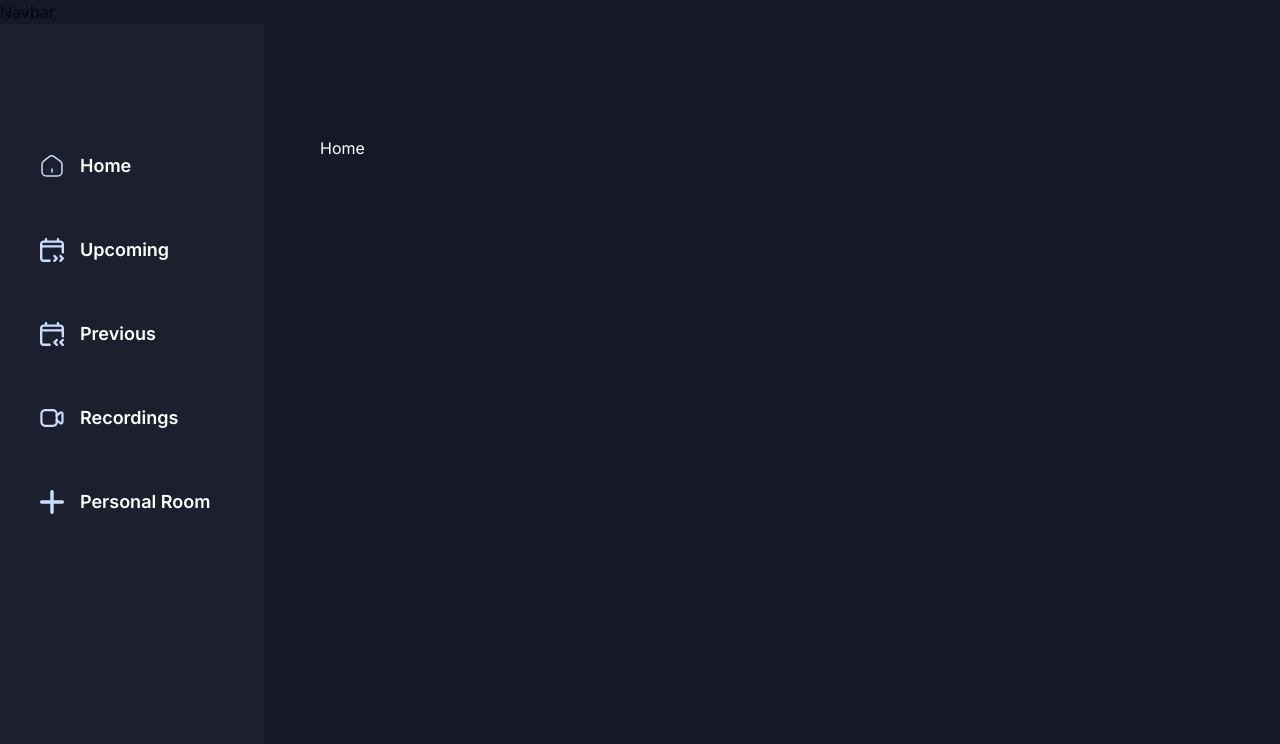
Repository: hthai1523/Video-call
Page: /
An editor plug-in stored every save of this project. The page is shown before and after the next save, followed by the edit.
The browser window is 1280 px wide. The pictures show the whole page.
The project was rebuilt for these pictures with package versions that can differ from the ones it lists, and the page was loaded fresh each time. The framework's server and built-in components were replaced by stand-ins that run in the browser. Also part of the build but not shown: next.config.mjs.

Above is the page before, as saved 2024-06-29 10:39:29.

After the next save:
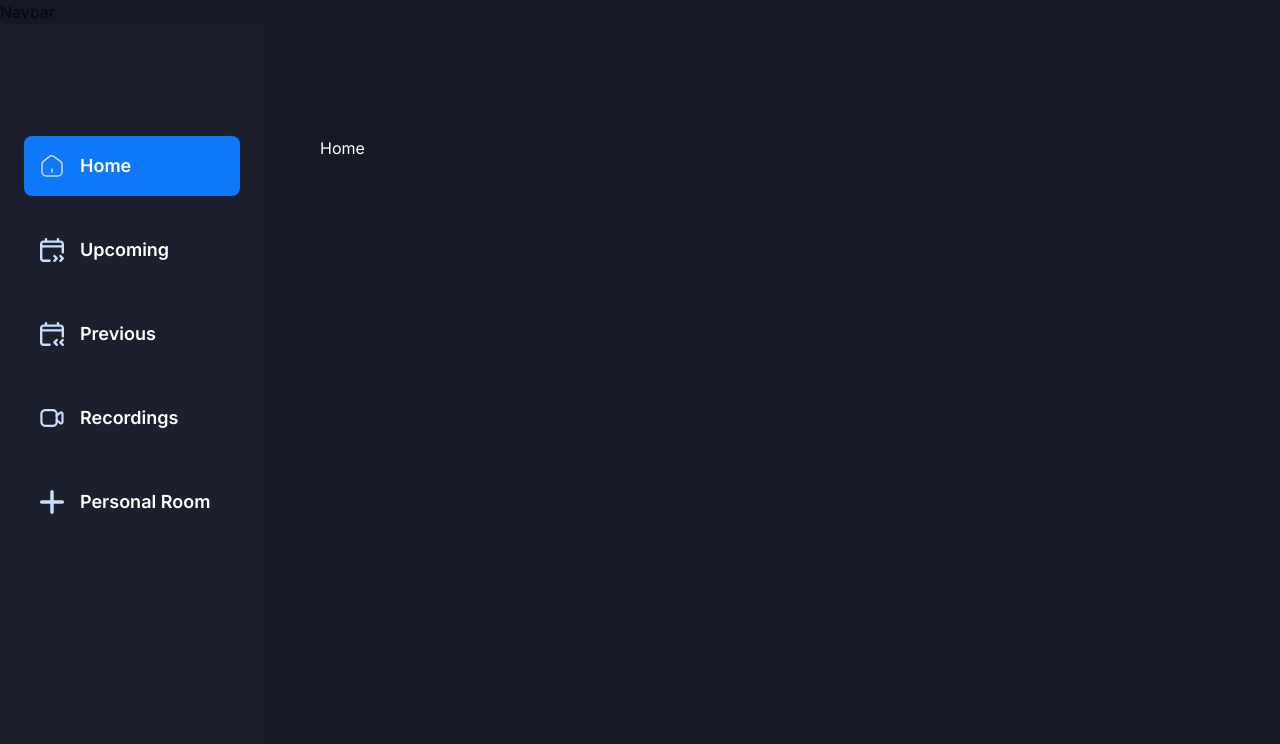
Saved 13 s later.
--- a/tailwind.config.ts
+++ b/tailwind.config.ts
@@ -24,7 +24,7 @@
           2: "#161925",
         },
         blue: {
-          1: ''
+          1: '#0E78F9'
         },
         border: "hsl(var(--border))",
         input: "hsl(var(--input))",
